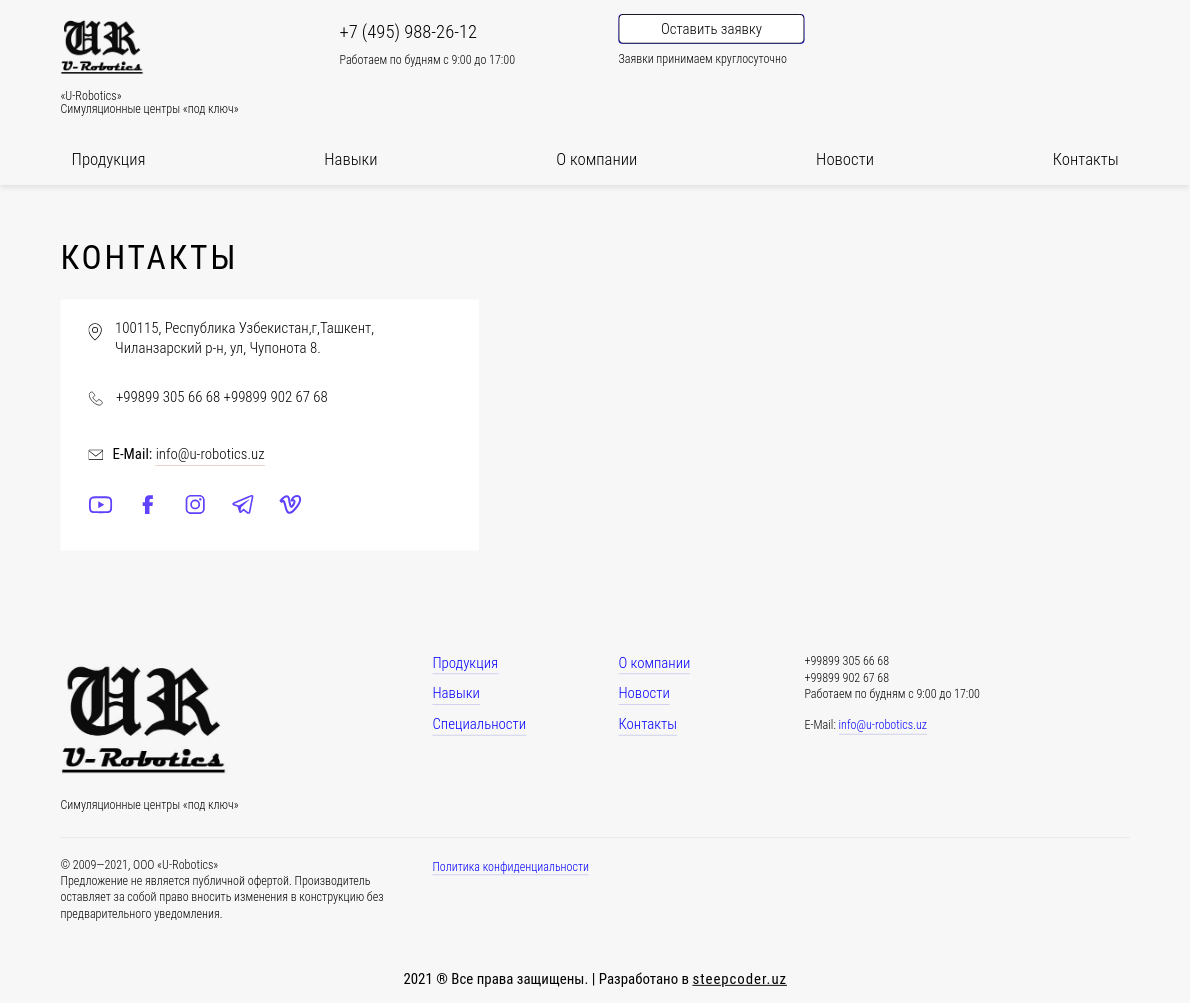
Repository: remrtehno/hotel
Page: http://localhost/contact
These files come from the project's save history. The page is drawn as it stood at one moment and after the next save; the edit follows.
The browser window is 1280 px wide. The pictures show the whole page, at 93% of full size.
Some web fonts or font styles are not loaded; a fallback is used. The page is served by the project's Laravel application, run on PHP 8.4 with Laravel 8. The database holds what the project's SQL file puts in it.

Above is the page before, as saved 2021-04-25 17:49:57.

After the next save:
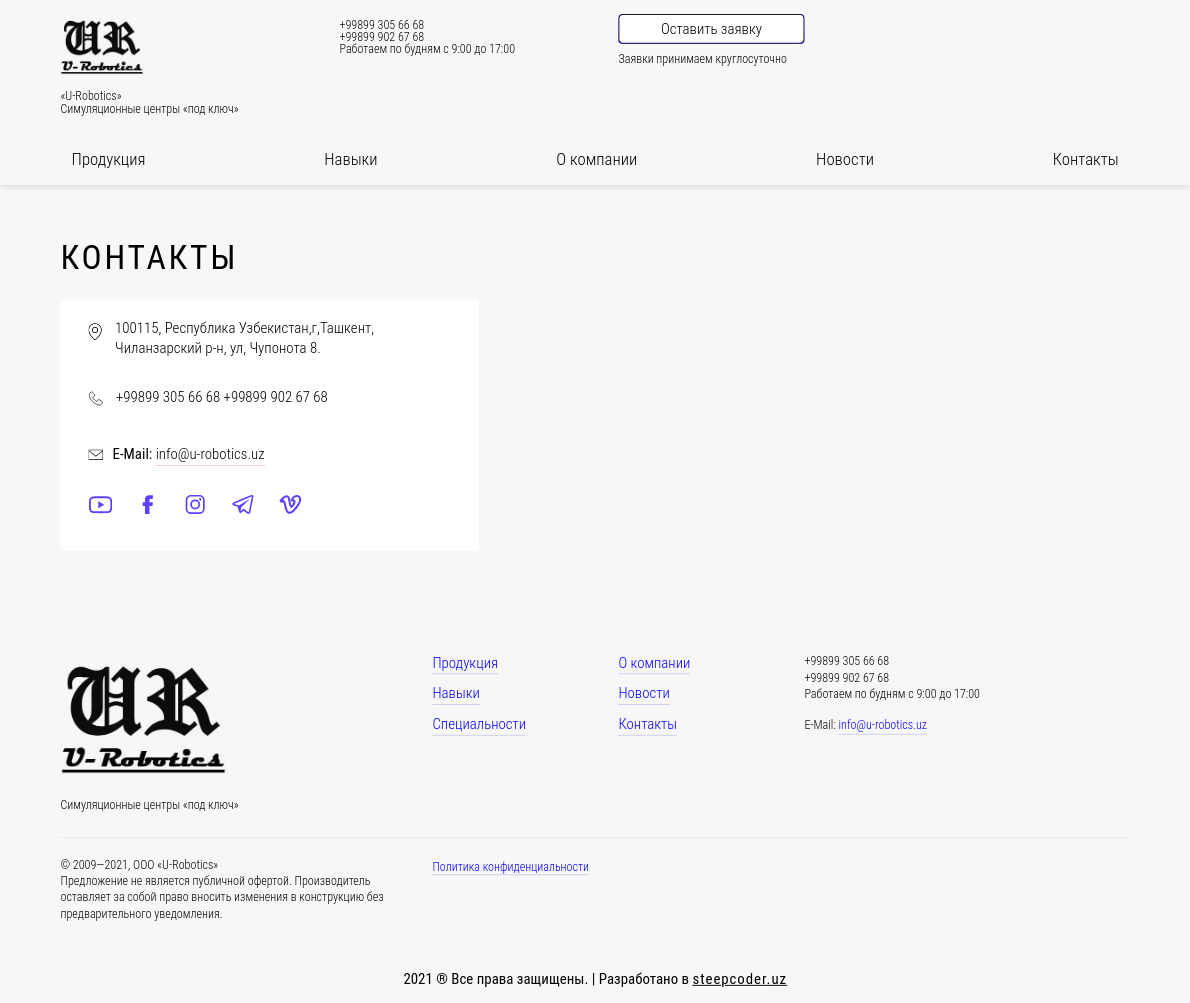
Saved 58 s later.
--- a/resources/views/lib/header.blade.php
+++ b/resources/views/lib/header.blade.php
@@ -10,7 +10,7 @@
                   </a>
               </div>
               <div class="headerbar__info">
-                  <a class="headerbar__tel" href="tel:74959882612">+7 (495) 988-26-12</a>
+                {!! $contact_info['phone'] !!}
                   <p>Работаем по будням с 9:00 до 17:00</p>
               </div>
               <div class="headerbar__request">
